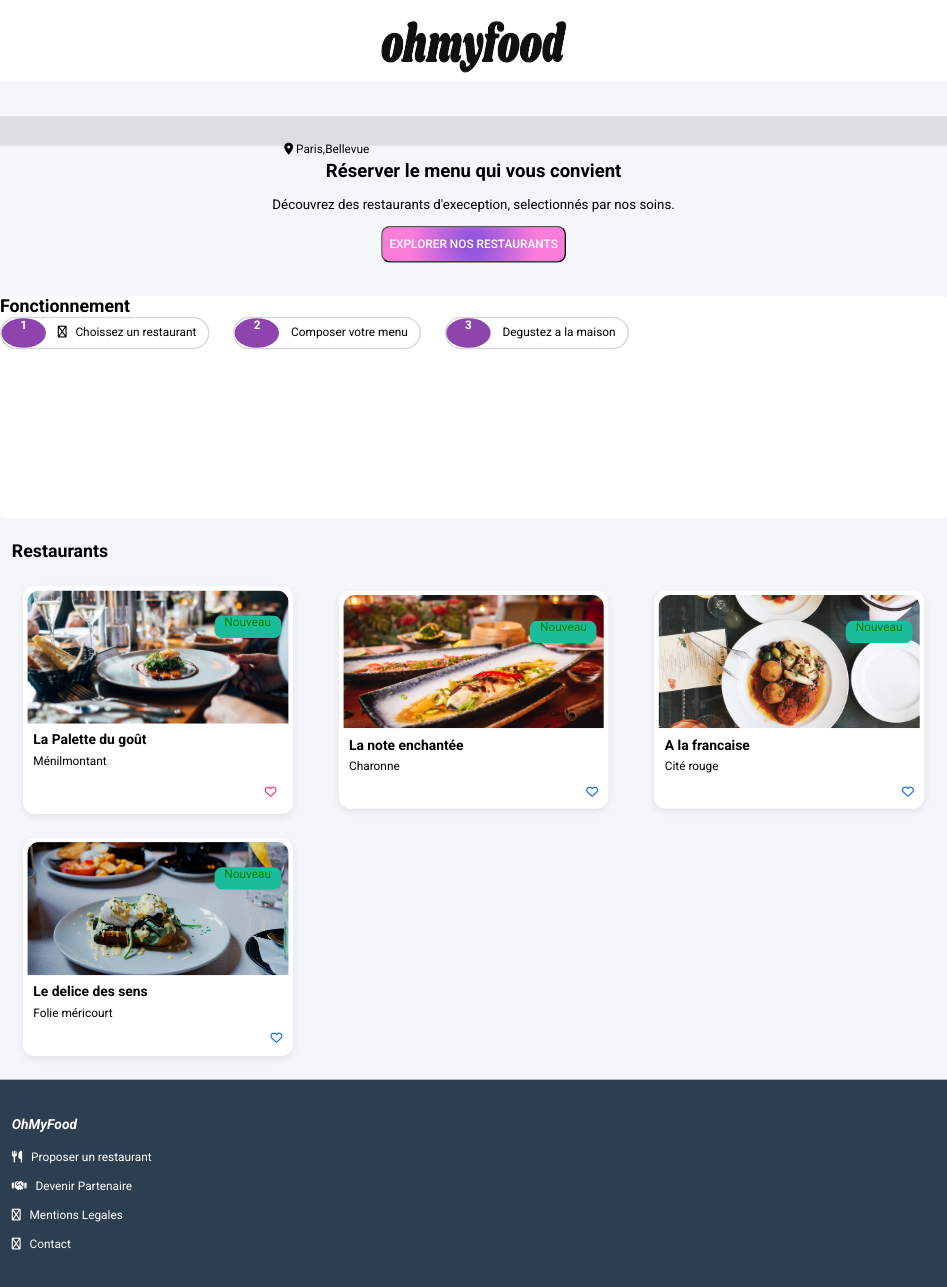
Repository: ultraasedev/ohmyfood
Page: index.html
These files come from the project's save history. The page is drawn as it stood at one moment and after a run of saves; the edit follows.
The browser window is 1280 px wide. The pictures show the whole page, at 74% of full size.
Some web fonts or font styles are not loaded; a fallback is used. Some web libraries are served in a nearby version.

Above is the page before, as saved 2022-10-27 18:48:30.

### index.html
<!doctype html>
<html lang="fr">
    <head>
        <meta charset="UTF-8">
        <meta name="viewport" content="width=device-width,minimum-scale=1,initial-scale=1,maximum-scale=2">

      <title>Ohmyfood!  - Home</title>
       <meta name="description" content="Ohmyfood! est une entreprise de commande de repas en ligne. Notre concept permet aux
       utilisateurs de composer leur propre menu et réduire leur temps d’attente dans les
       restaurants car leur menu est préparé à l’avance. Plus de perte de temps à consulter la carte"/>
       <meta property="og:site_name" content="Ohmyfood!  - est une entreprise de commande de repas en ligne. Notre concept permet aux
       utilisateurs de composer leur propre menu et réduire leur temps d’attente dans les
       restaurants car leur menu est préparé à l’avance. Plus de perte de temps à consulter la carte" />
       <meta property="og:description" content="est une entreprise de commande de repas en ligne. Notre concept permet aux
       utilisateurs de composer leur propre menu et réduire leur temps d’attente dans les
       restaurants car leur menu est préparé à l’avance. Plus de perte de temps à consulter la carte" />




       <link type="text/css" rel="stylesheet" href="css/normalize.css"/>
       <link type="text/css" rel="stylesheet" href="css/all.min.css"/>
       <link type="text/css" rel="stylesheet" href="css/fontawesome.min.css"/>
       <link rel="preconnect" href="https://fonts.googleapis.com">
        <link rel="preconnect" href="https://fonts.gstatic.com" crossorigin>
       <link href="https://fonts.googleapis.com/css2?family=Roboto:ital,wght@0,100;0,300;0,400;0,500;0,700;0,900;1,100;1,300;1,400;1,500;1,700;1,900&family=Shrikhand&display=swap" rel="stylesheet">
       <script   src="https://kit.fontawesome.com/f132f25ed3.js" crossorigin="anonymous"></script>

       <link type="text/css" rel="stylesheet" href="css/style.css" />



       </head>

       <body>
<!--Nav + Logo-->
   <div class="nav">
    <div class="logo">
      <img src="images/logo/ohmyfood.png" alt="Ohmyfood !" class="logo"/>
    </div>
   </div>


<!--Header-->
<header>
  <!--Location-->
 <div class="location">
  <div class="villeloca"><p><i class="fa-sharp fa-solid fa-location-dot"></i> Paris,Bellevue</p></div>
</div>

  <div class="head-cont">
    <h2>Réserver le menu qui vous convient</h2>
    <p>Découvrez des restaurants d'exeception, selectionnés par nos soins.</p>

    <button class="btn-nav">
      Explorer nos restaurants
    </button>
  </div>
</header>

<!--Fonctionnement-->
<section class="cont-fonc">
  <h2>Fonctionnement</h2>

  <div class="ctn-filtres">

    <div class="filtres">
      <div class="circle-inf">1</div>
      <p><i class="fa-regular fa-phone"></i>&nbsp;&nbsp;&nbsp;Choissez un restaurant</p>
    </div>

    <div class="filtres">
      <div class="circle-inf">2</div>
      <p>Composer votre menu</p>
    </div>

    <div class="filtres">
      <div class="circle-inf">3</div>
      <p>Degustez a la maison</p>
    </div>


  </div>

</section>
<!--Fonctionnement-->

<!--Restau 1-->
<section class="cont-art">
  <h2>Restaurants</h2>

  <!-- Card 1 -->
              <article class="resto-card">
                <a href="#">
                  <img
                    src="./images/restaurants/jay-wennington-N_Y88TWmGwA-unsplash.jpg"
                    alt="Photo de l'hébergement"
                  />
                  <div class="new">Nouveau</div>
                  <h3>La Palette du goût</h3>
                  <p>Ménilmontant</p>
                  <div class="stars">
                    <i class="fa-regular fa-heart active"></i>
                  </div>
                </a>
              </article>


               <!-- Card 2 -->
               <article class="resto-card">
                <a href="#">
                  <img
                    src="./images/restaurants/louis-hansel-shotsoflouis-qNBGVyOCY8Q-unsplash.jpg"
                    alt="Photo de l'hébergement"
                  />
                  <div class="new">Nouveau</div>
                  <h3>La note enchantée</h3>
                  <p>Charonne</p>
                  <div class="stars">
                    <i class="fa-regular fa-heart"></i>

                  </div>
                </a>
              </article>

               <!-- Card 3 -->
               <article class="resto-card">
                <a href="#">
                  <img
                    src="./images/restaurants/stil-u2Lp8tXIcjw-unsplash.jpg"
                    alt="Photo de l'hébergement"
                  />
                  <div class="new">Nouveau</div>
                  <h3>A la francaise</h3>
                  <p>Cité rouge</p>
                  <div class="stars">
                    <i class="fa-regular fa-heart"></i>
                  </div>
                </a>
              </article>

               <!-- Card 4 -->
               <article class="resto-card">
                <a href="#">
                  <img
                    src="./images/restaurants/toa-heftiba-DQKerTsQwi0-unsplash.jpg"
                    alt="Photo de l'hébergement"
                  />
                  <div class="new">Nouveau</div>
                  <h3>Le delice des sens</h3>
                  <p>Folie méricourt</p>
                  <div class="stars">
                    <i class="fa-regular fa-heart"></i>
                  </div>
                </a>
              </article>




</section>

<!--FOOTER-->
<footer>
  <div class="container-footer">
    <div class="card-footer">
      <h3 style="font-family: 'Roboto';font-weight: 700;font-style: italic;">OhMyFood</h3>
      <!--<img src="images/logo/ohmyfood.png" alt="Ohmyfood !" height="20px" width="80px" style="margin-bottom: 10px;"/>-->
      <a href="#"><i class="fa-solid fa-utensils"></i>&nbsp;&nbsp;&nbsp;Proposer un restaurant</a>
      <a href="#"><i class="fa-solid fa-handshake"></i>&nbsp;&nbsp;&nbsp;Devenir Partenaire</a>
      <a href="#"><i class="fa-regular fa-circle-info"></i>&nbsp;&nbsp;&nbsp;Mentions Legales</a>
      <a href="#"><i class="fa-regular fa-phone"></i>&nbsp;&nbsp;&nbsp;Contact</a>

    </div>

</footer>

### css/style.css
*{
    box-sizing: border-box;
    font-family: var(--fontall);
    max-width: 1380px;

}
:root{

  /*Font*/
  --fontall: 'Roboto', sans-serif;
  --fontlg: 'Shrikhand' , cursive;

  /*color*/
  --primary: #9356DC;
  --secon: #FF79DA;
  --tert: #99E2D0;

  --greybg: #f5f6fa;

}


body{
    background-color:  var(--greybg);
    font-family: var(--fontall);
}

/* Nav*/
.nav{
  display: flex;
  height: 130px;
  width: 100%;
  background-color: #fff;
  align-items: center;
  align-content: center;
  text-align: center;
  margin-bottom: 10px;
}
/*Logo*/
.logo{
  position: relative;
  align-items: center;
  align-content: center;
  text-align: center;
  margin-right: auto;
  margin-left: auto;
}
.logo img{
  height: 70px;
  width: 250px;
}
/*Header*/
header{
  position: absolute;
  height: 300px;
  width: 100%;
  background-color: #f5f6fa;
  align-items: center;
  align-content: center;
  text-align: center;
  margin-top: -30px;
}
/*Location*/
.location{
  position: flex;
  background-color: #dcdde1;
  height: 40px;
  margin-top: -8px;
  align-items: center;
  align-content: center;
  text-align: center;
}
.location .villeloca{
  position: absolute;
  align-items: center;
  align-content: center;
  text-align: center;
  left: 30%;
}

/*Head-Cont*/

.head-cont h2{
  font-size: 25px;
  font-weight: bold;

}
.head-cont p{
  font-size: 18px;
  font-weight: 400;

}
/*Btn-nav*/
.btn-nav{
  align-items: center;
  align-content: center;
  text-transform: uppercase;
  transition: 0.5s;
  background: rgb(147,86,220);
  background: radial-gradient(circle, rgba(147,86,220,1) 10%, rgba(252,124,218,1) 69%);
  z-index: -1;
  transition: transform 400ms ease-in;
  color: #fff;
  width: 250px;
  height: 50px;
  overflow: hidden;
  text-decoration: none;
  border-radius: 12px;
 font-weight: 500;

}
/*Fonctionnement*/
.cont-fonc{
  position: relative;
  background-color: #fff;
  height: 300px;
  margin-top: 270px;
  border-radius: 5px;
}

.cont-fonc h2 {
  grid-column: 1/-1;
  margin: 0;
}
.cont-fonc .ctn-filtres {
  display: flex;
  align-items: center;
  gap: 32px;
  flex-wrap: wrap;
  margin-bottom: 32px;
}
.cont-fonc .circle-inf{
  background-color: #8e44ad;
  width: 60px;
  height: 40px;
  border-radius: 60px / 40px;
  text-align: center;
  color: #fff;
  font-weight: bold;
}
.cont-fonc .ctn-filtres .filtres{
  display: flex;
  align-items: center;
  gap: 16px;
  border: 2px solid #d9d9d9;
  border-radius: 32px;
  padding: 0 16px 0 0;
  height: 44px;
  transition: 0.2s;
  cursor: pointer;
}
/* Content Article */
.cont-art{
  background-color: #f5f6fa;
  padding: 32px 16px;
  border-radius: 16px;
  display: grid;
  grid-template-columns: repeat(3, 1fr);
  gap: 32px;
  left: 10px;
}
.cont-art h2 {
  grid-column: 1/-1;
  margin: 0;
}
.cont-art .resto-card{
  background: white;
  padding: 6px;
  border-radius: 16px;
  margin: auto;
  box-shadow: rgba(0, 0, 0, 0.08) 0px 4px 12px;
  transition: 0.2s;
  width: calc(100% - 30px);
}
.cont-art .resto-card .new{
  position: relative;
  background-color: #1abc9c;
  color: green;
  height: 30px;
  width: 90px;
  text-align: center;
  justify-content: center;
  align-items: center;
  border-radius: 10px;
  float: right;
  top: -150px;
  margin-right: 10px;
  font-weight: 400;
}
.cont-art .resto-card img {
  height: 180px;
  object-fit: cover;
  width: 100%;
  border-top-right-radius: 16px;
  border-top-left-radius:16px;
}
.cont-art .resto-card a {
  text-decoration: none;
  color: inherit;
}

.cont-art .resto-card h3 {
  margin: 8px 8px 8px;
}

.cont-art .resto-card p {
  margin: 8px 8px 8px;
}

.cont-art .resto-card .stars {
  margin: 8px 8px 8px;
  color: #0065fc;
  float: right;
}
.cont-art .resto-card .stars .active{
  margin: 8px 8px 8px;
  color: #f52179;
}

/*FOOTER*/
footer {
  background-color: #2c3e50;
  padding: 32px 16px;
  color: #fff;
}
.container-footer {
  display: flex;
  max-width: 1330px;
  margin: auto;
  font-family: "Raleway", sans-serif;
  gap: 16px;
}
.card-footer {
  display: flex;
  flex-direction: column;
  min-width: 30%;
}

.card-footer a {
  margin-top: 5px;
  margin-bottom: 16px;
  text-decoration: none;
  color: inherit;
}

.card-footer a:hover {
  text-decoration: underline !important;
}

Loaded but not shown: css/normalize.css (library); css/all.min.css (library); css/fontawesome.min.css (library)

After the next 2 saves:
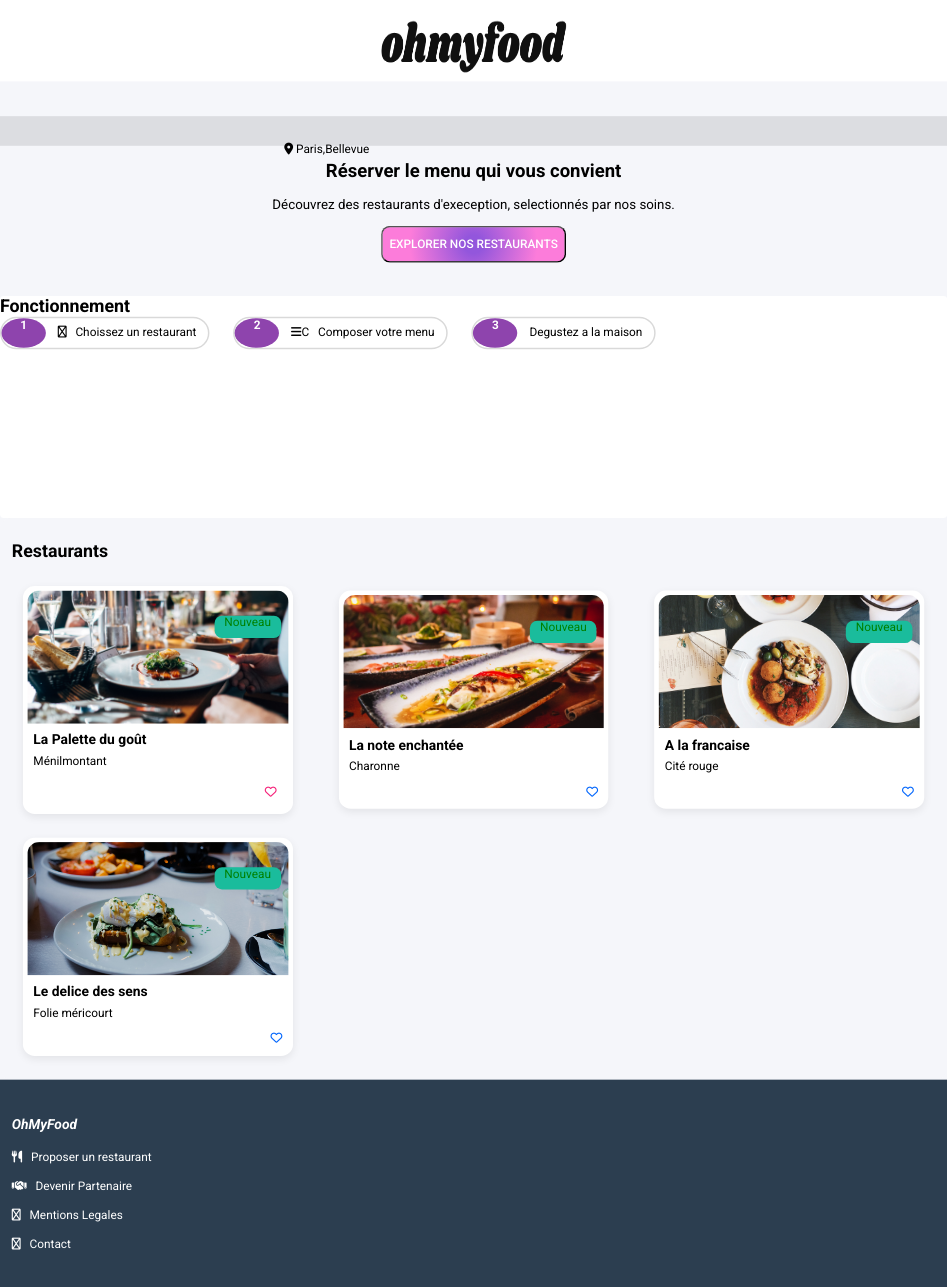
The 2 saves are shown as one change because they came seconds apart.
The last was saved 47 s later.
--- a/index.html
+++ b/index.html
@@ -71,7 +71,7 @@
 
     <div class="filtres">
       <div class="circle-inf">2</div>
-      <p>Composer votre menu</p>
+      <p><i class="fa-solid fa-bars"></i>C&nbsp;&nbsp;&nbsp;Composer votre menu</p>
     </div>
 
     <div class="filtres">
